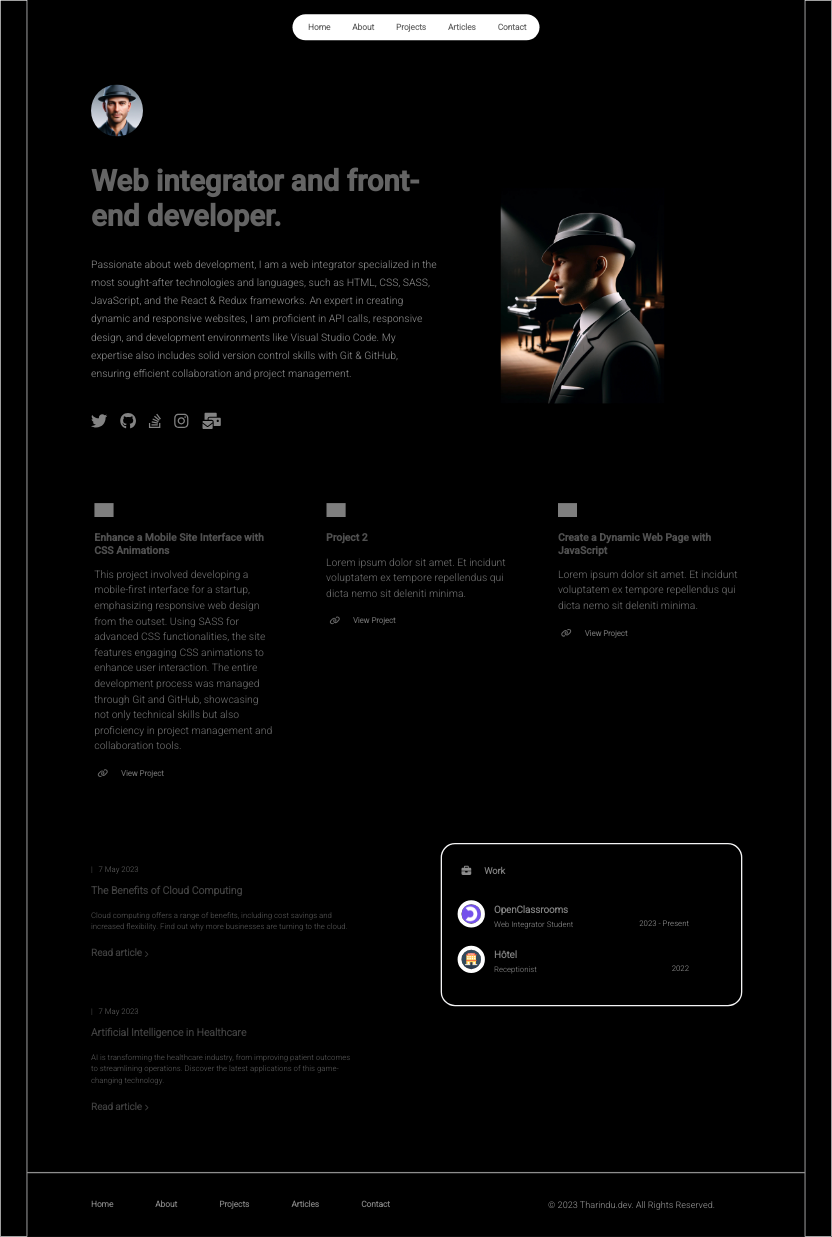
Repository: Dimple3377/reactfolio-master
Page: /
The author's editor kept a copy of each file at every save. The page is drawn from the files as they stood at one save, then again after a run of saves.
The browser window is 1280 px wide. The pictures show the whole page, at 65% of full size.
Pictures or frames that could not be fetched are drawn as grey boxes. The project was rebuilt for these pictures with package versions that can differ from the ones it lists, and the page was loaded fresh each time. Also part of the build but not shown: src/components/about/socials.jsx, src/pages/styles/about.css, src/pages/about.jsx, src/pages/styles/projects.css, src/pages/projects.jsx, src/components/articles/article.jsx, src/pages/styles/articles.css, src/pages/articles.jsx and 5 more.

Above is the page before, as saved 2024-04-25 03:36:01.

After the next 2 saves:
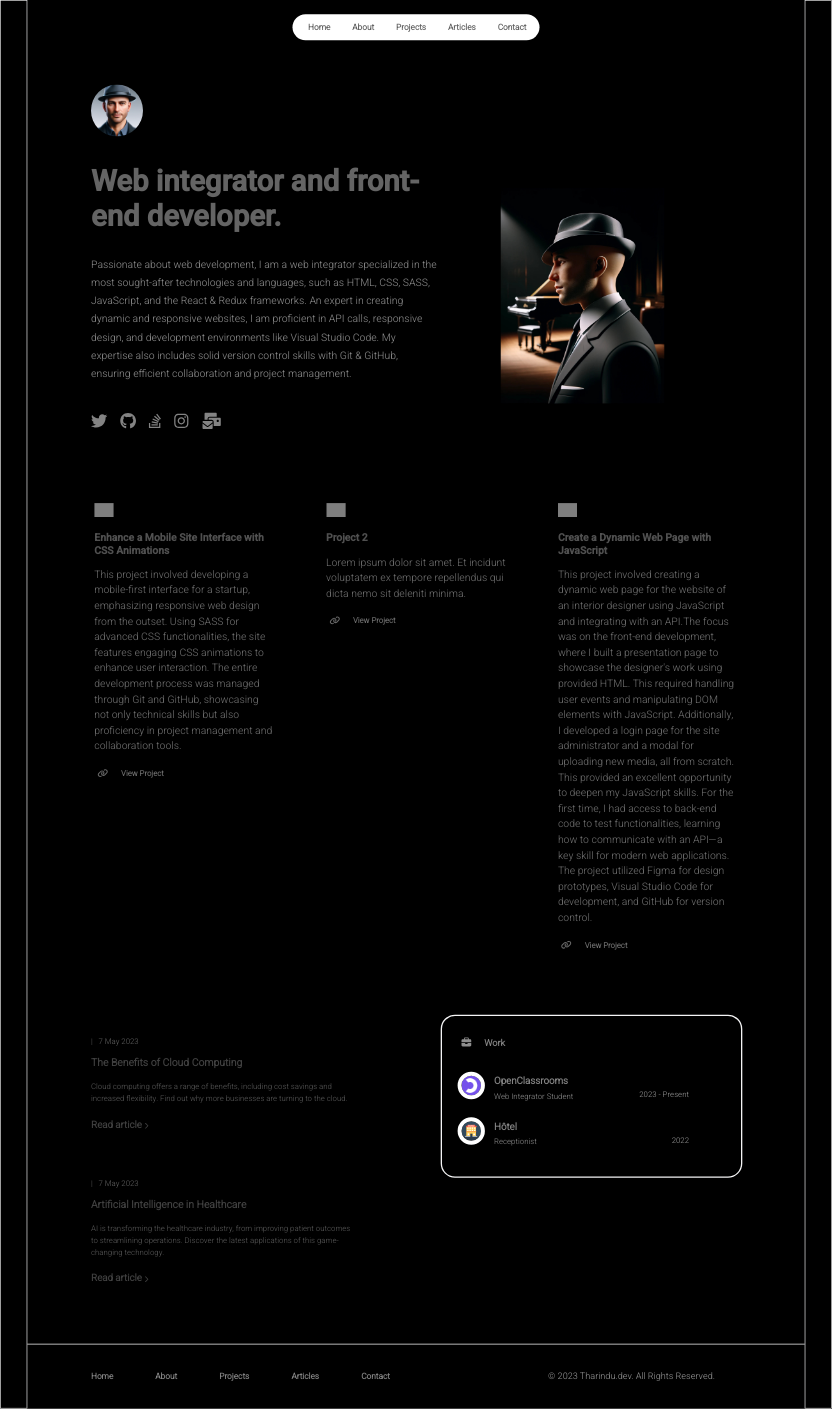
The 2 saves are shown as one change because 1 did not build or start.
The last was saved 8 min 28 s later.
--- a/src/data/user.js
+++ b/src/data/user.js
@@ -53,7 +53,7 @@ const INFO = {
 		{
 			title: "Create a Dynamic Web Page with JavaScript",
 			description:
-				"Lorem ipsum dolor sit amet. Et incidunt voluptatem ex tempore repellendus qui dicta nemo sit deleniti minima.",
+				"This project involved creating a dynamic web page for the website of an interior designer using JavaScript and integrating with an API.The focus was on the front-end development, where I built a presentation page to showcase the designer's work using provided HTML. This required handling user events and manipulating DOM elements with JavaScript. Additionally, I developed a login page for the site administrator and a modal for uploading new media, all from scratch. This provided an excellent opportunity to deepen my JavaScript skills. For the first time, I had access to back-end code to test functionalities, learning how to communicate with an API—a key skill for modern web applications. The project utilized Figma for design prototypes, Visual Studio Code for development, and GitHub for version control.",
 			logo: "https://cdn.jsdelivr.net/npm/programming-languages-logos/src/javascript/javascript.png",
 			linkText: "View Project",
 			link: "https://github.com",
